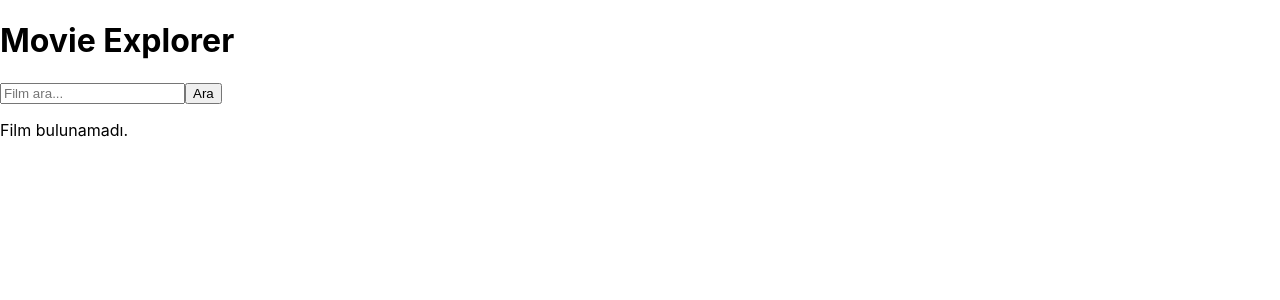
Repository: denizdizi/movie-explorer
Page: /
These files come from the project's save history. The page is drawn as it stood at one moment and after the next save; the edit follows.
The browser window is 1280 px wide. The pictures show the whole page.
The page's requests for data from a server got no answer. The project was rebuilt for these pictures with package versions that can differ from the ones it lists, and the page was loaded fresh each time. No one was signed in, and anything a server would have sent is missing. Also part of the build but not shown: src/App.css, src/components/MovieCard.js.

Above is the page before, as saved 2025-03-28 10:25:58.

After the next save:
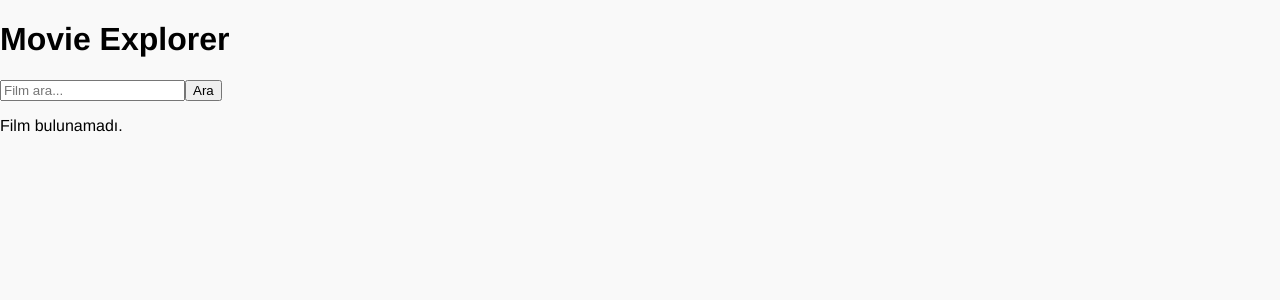
Saved 82 s later.
--- a/src/styles/global.scss
+++ b/src/styles/global.scss
@@ -1,3 +1,8 @@
+body {
+    font-family: 'Franklin Gothic Medium', 'Arial Narrow', Arial, sans-serif;
+    background-color: #f9f9f9;
+}
+
 .movie-line {
   display: flex;
   justify-content: space-between;
